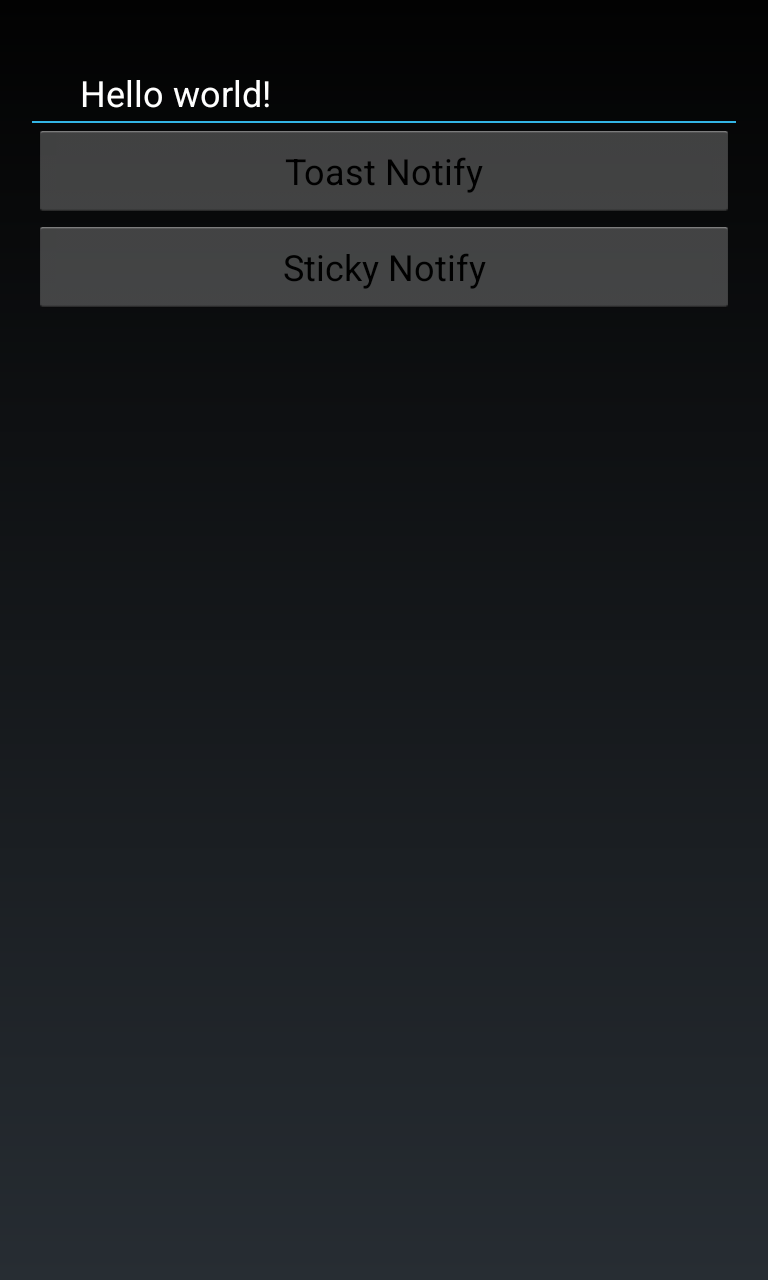
Repository: zubke/NotifyLib
Layout: Android-NotifySample/res/layout/activity_main.xml
The author's editor kept a copy of each file at every save. The layout is drawn from the files as they stood at one save, then again after the next save.
It is drawn on a 768 x 1280 px phone screen (xhdpi) without system bars, with theme AppTheme; the app's code is not run.

Above is the layout before, as saved 2013-10-07 19:26:49.

After the next save:
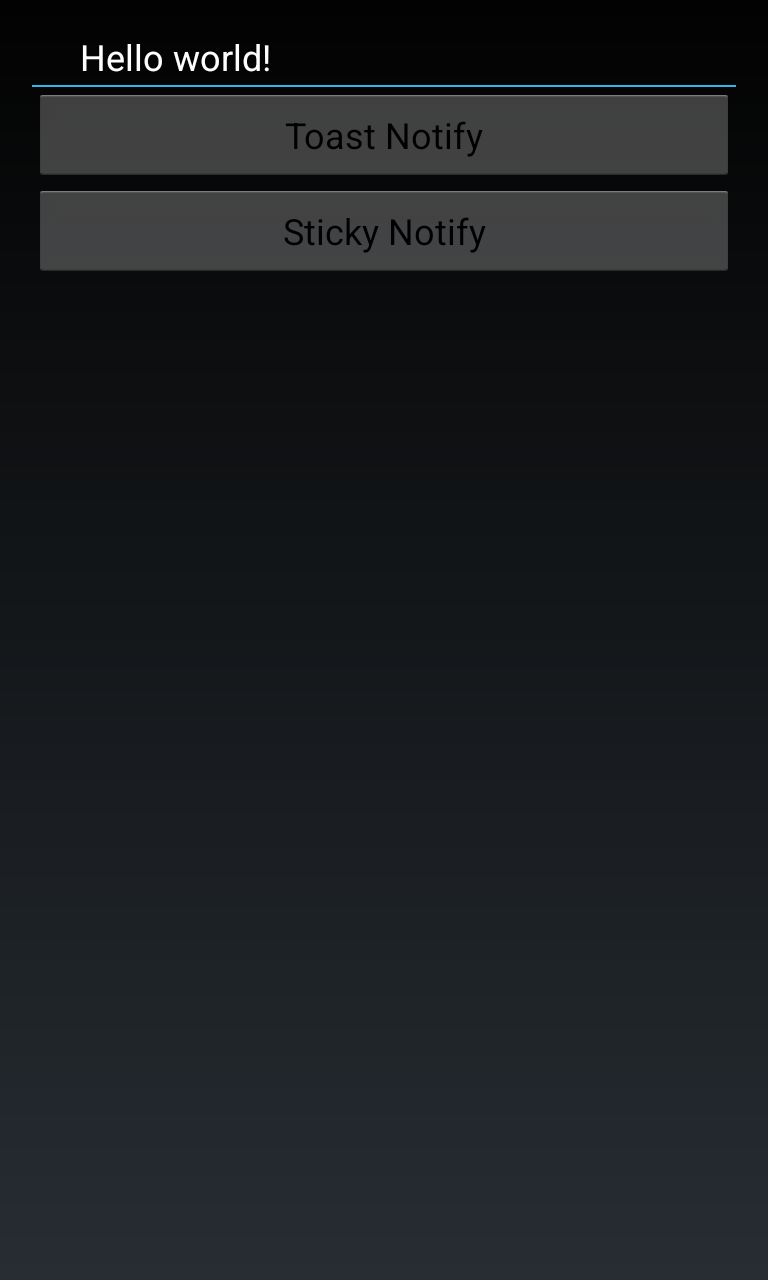
Saved 25 s later.
--- a/Android-NotifySample/res/values/styles.xml
+++ b/Android-NotifySample/res/values/styles.xml
@@ -21,7 +21,6 @@
     <style name="Title" parent="android:style/Widget.TextView">
         <item name="android:layout_marginLeft">@dimen/title_margin_left</item>
         <item name="android:layout_marginRight">@dimen/title_margin_right</item>
-        <item name="android:layout_marginTop">@dimen/title_margin_top</item>
         <item name="android:textAppearance">@android:style/TextAppearance.Medium</item>
         <item name="android:textColor">@color/white</item>
     </style>
